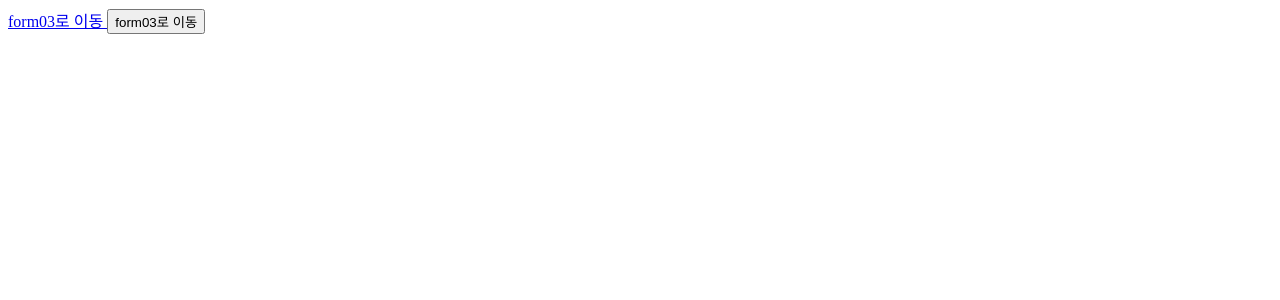
Repository: pyeonm30/PYMjspWorkspace
Page: http://localhost/basicJSP/ex07_from06.jsp
The author's editor kept a copy of each file at every save. The page is drawn from the files as they stood at one save, then again after the next save.
The browser window is 1280 px wide. The pictures show the whole page.
The page is served by Tomcat 9. Other server files are loaded and not shown.

Above is the page before, as saved 2024-01-30 02:07:37.

### basicJSP/src/main/webapp/ex07_from06.jsp
<%@ page language="java" contentType="text/html; charset=UTF-8"
    pageEncoding="UTF-8"%>
<!DOCTYPE html>
<html>
<head>
<meta charset="UTF-8">
<title>Insert title here</title>
</head>
<body>
   <a href="ex04_form03.jsp"> form03로 이동 </a>
   <button onclick="movePage()"> form03로 이동 </button>



</body>
</html>
<script>
function movePage(){
	location.href="ex04_form03.jsp";
}

</script>

After the next save:
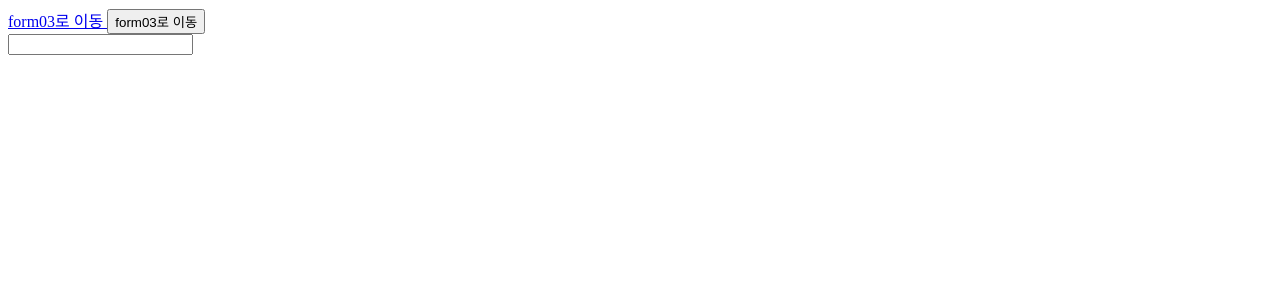
Saved 66 s later.
--- a/basicJSP/src/main/webapp/ex07_from06.jsp
+++ b/basicJSP/src/main/webapp/ex07_from06.jsp
@@ -10,7 +10,9 @@
    <a href="ex04_form03.jsp"> form03로 이동 </a>
    <button onclick="movePage()"> form03로 이동 </button>
 
-
+   <form>
+   	<input type="number" name="num" />
+   </form>
 
 </body>
 </html>
